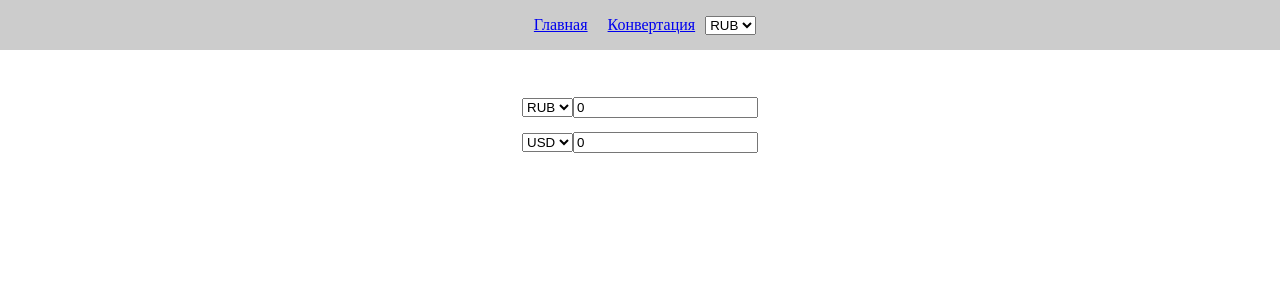
Repository: Friend689/vite-vue-currency-conversion
Page: /convert
The author's editor kept a copy of each file at every save. The page is drawn from the files as they stood at one save, then again after the next save.
The browser window is 1280 px wide. The pictures show the whole page.
The page's requests for data from a server got no answer. The project was rebuilt for these pictures with package versions that can differ from the ones it lists, and the page was loaded fresh each time. No one was signed in, and anything a server would have sent is missing. Also part of the build but not shown: vite.config.js, src/views/Main.vue.

Above is the page before, as saved 2024-09-03 19:48:29.

After the next save:
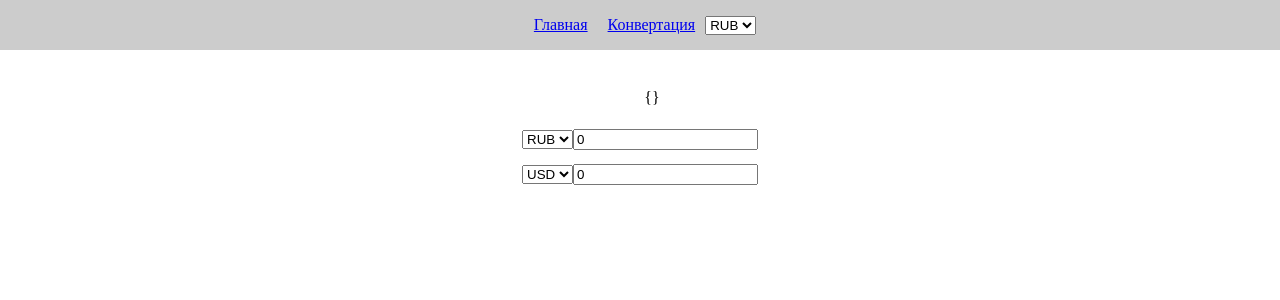
Saved 21 s later.
--- a/src/views/Convert.vue
+++ b/src/views/Convert.vue
@@ -32,6 +32,9 @@
 
 <template>
   <div class="page-convert">
+    <pre>
+      {{ rates }}
+    </pre>
     <form>
       <div>
         <select v-model="fromCurrency">

After the save that followed:
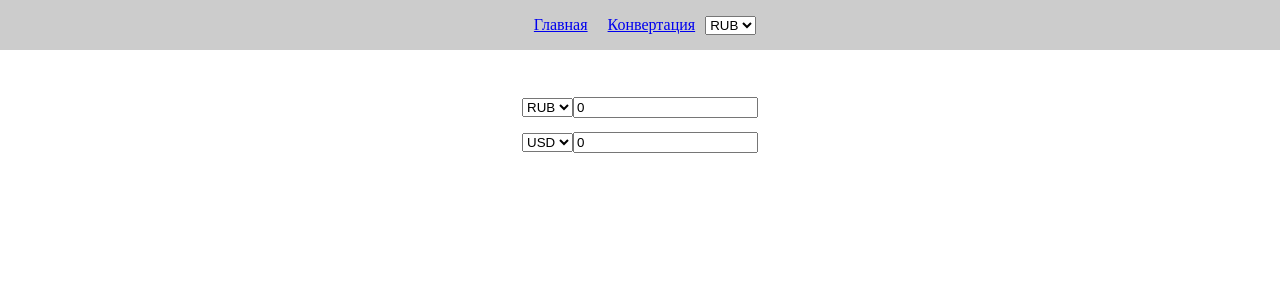
Saved 54 s later.
--- a/src/views/Convert.vue
+++ b/src/views/Convert.vue
@@ -17,8 +17,8 @@
     error.value = "Пожалуйста, введите числовое значение";
     return;
   }
-  const fromRate = props.rates[fromCurrency];
-  const toRate = props.rates[toCurrency];
+  const fromRate = props.rates[fromCurrency.toLowerCase()];
+  const toRate = props.rates[toCurrency.toLowerCase()];
   if (fromValue) {
     toValue.value = (fromValue.value / fromRate) * toRate;
   } else {
@@ -32,9 +32,6 @@
 
 <template>
   <div class="page-convert">
-    <pre>
-      {{ rates }}
-    </pre>
     <form>
       <div>
         <select v-model="fromCurrency">
